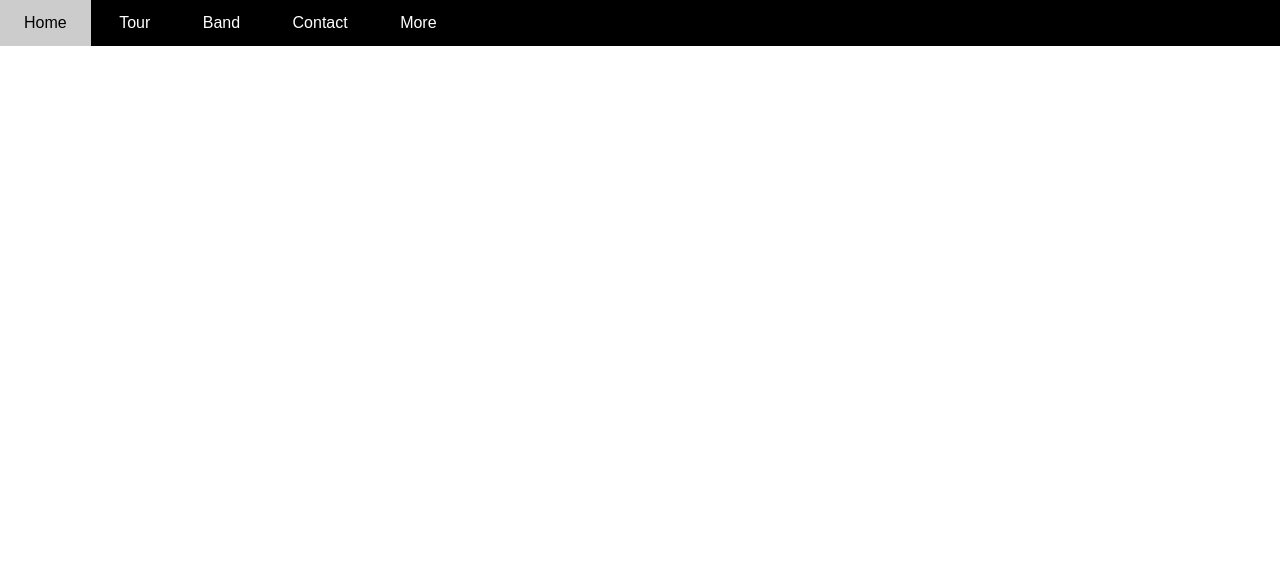
Repository: maivannhan1998/git-w3band
Page: index.html
These files come from the project's save history. The page is drawn as it stood at one moment and after the next save; the edit follows.
The browser window is 1280 px wide. The pictures show the whole page.

Above is the page before, as saved 2021-09-04 18:50:09.

### index.html
<!DOCTYPE html>
<html lang="en">
<head>
    <meta charset="UTF-8">
    <meta http-equiv="X-UA-Compatible" content="IE=edge">
    <meta name="viewport" content="width=device-width, initial-scale=1.0">
    <title>Document</title>
    <link rel="stylesheet" href="./asset/css/style.css">
</head>
<body>
    <div id="main">
        <div id="header">
            <ul id="nav">
                <li><a href="">Home</a></li>
                <li><a href="">Tour</a></li>
                <li><a href="">Band</a></li>
                <li><a href="">Contact</a></li>
                <li><a href="">More</a>
                    <ul class="subnav">
                        <li><a href="">Merchandise</a></li>
                        <li><a href="">Extras</a></li>
                        <li><a href="">Media</a></li>
                    </ul>
                </li>
            </ul>
        </div>

        <div id="slider">

        </div>

        <div id="content">

        </div>

        <div id="footer">

        </div>
    </div>
</body>
</html>

### asset/css/style.css
/* Reset CSS*/
*{
    padding: 0;
    margin: 0;
    box-sizing: border-box;
}

html{
    font-family: Arial, Helvetica, sans-serif;
}

#main{

}

#header{
    height: 46px;
    background-color: #000;
}

/* #nav > li {
    display: block;
} */

#nav li{
    position: relative;
    display: inline-block;
}

#nav > li > a {
    color: #fff;
}

#nav li a {
    text-decoration: none;
    padding: 0 24px;
    line-height: 46px;
    display: inline-block;
}

#nav li:hover a {
    color: #000;
    background-color: #ccc;
}

#nav .subnav {
    display: none;
    position: absolute;
    top: 100%;
    left: 0;
}

#nav .subnav a {
    color: #000;
}

#slider{

}

#content{

}

#footer{

}

After the next save:
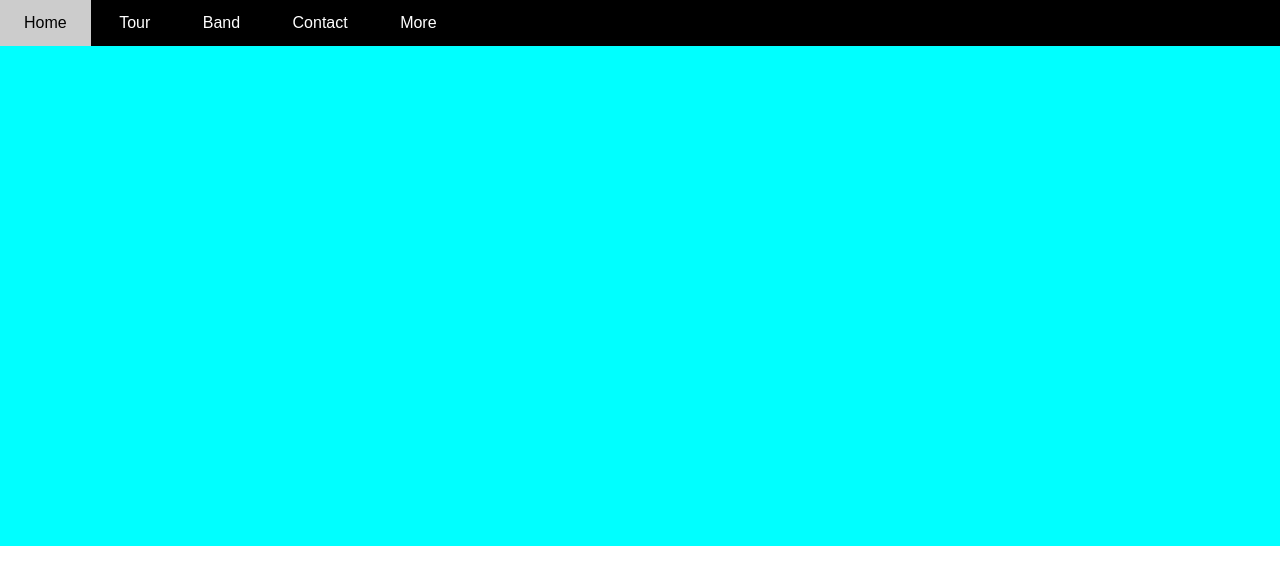
Saved 56 s later.
--- a/asset/css/style.css
+++ b/asset/css/style.css
@@ -55,7 +55,8 @@
 }
 
 #slider{
-
+    min-height: 500px;
+    background-color: aqua;
 }
 
 #content{
